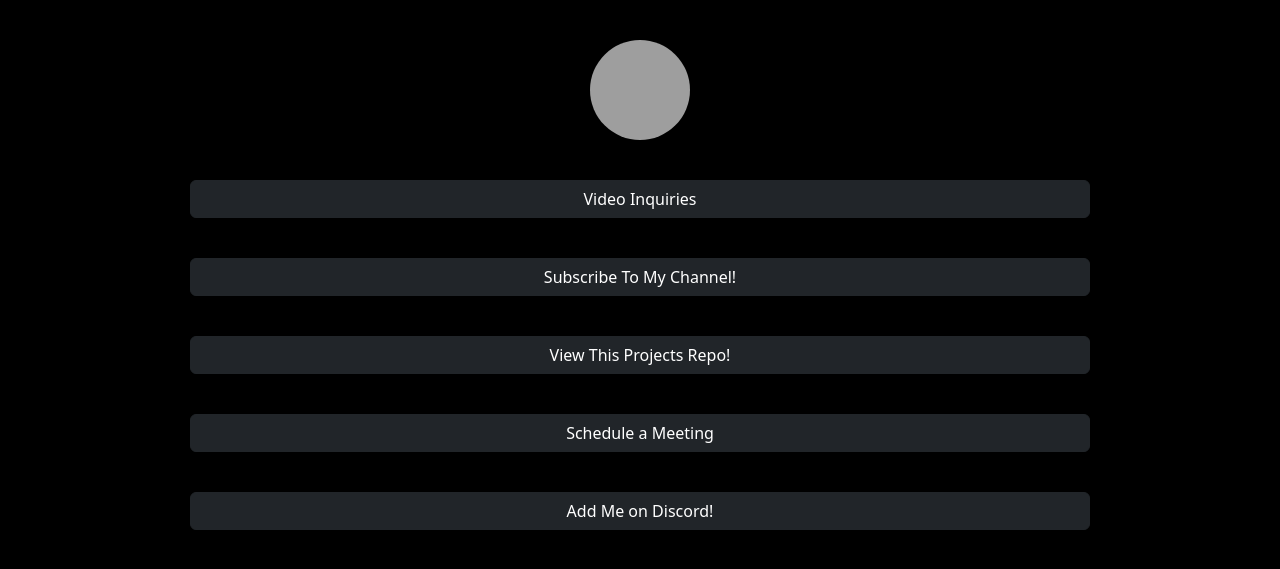
Repository: noahcallen/LAB-link-in-bio
Page: index.html
The author's editor kept a copy of each file at every save. The page is drawn from the files as they stood at one save, then again after the next save.
The browser window is 1280 px wide. The pictures show the whole page.
Pictures or frames that could not be fetched are drawn as grey boxes.

Above is the page before, as saved 2024-07-13 13:15:57.

After the next save:
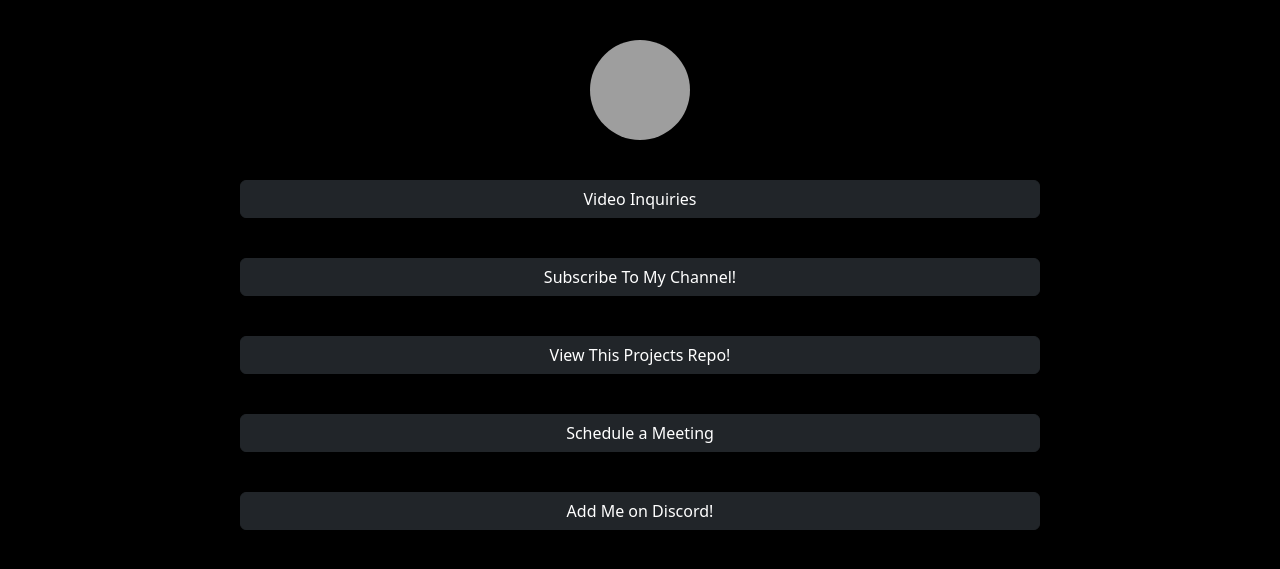
Saved 13 s later.
--- a/main.css
+++ b/main.css
@@ -21,5 +21,5 @@ body {
   margin: 40px;
   padding-left: 250px;
   padding-right: 250px;
-  width: 900px;
+  width: 800px;
 }
